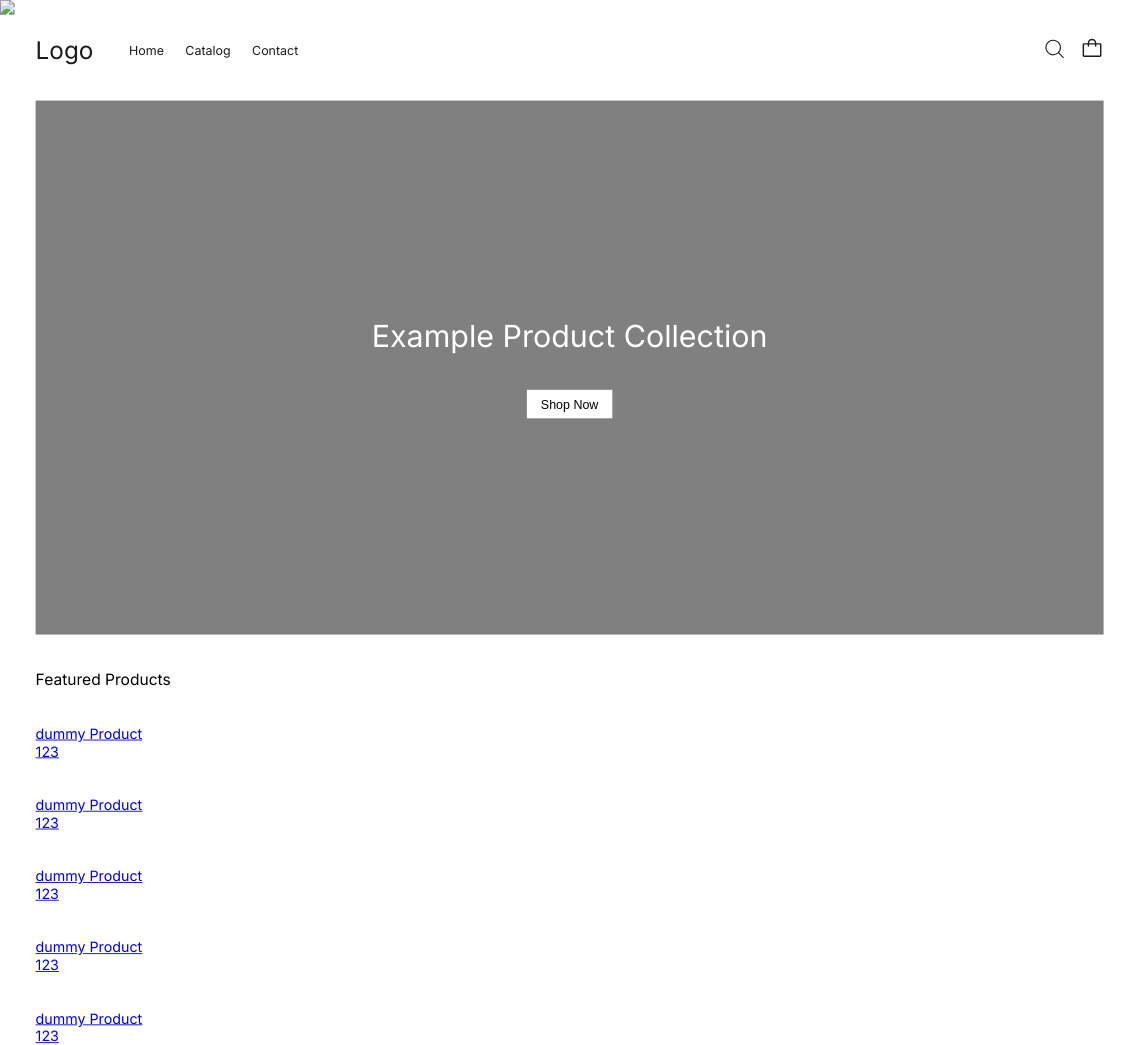
Repository: David-Waite/ecommercefrontendTemplate
Page: /
The author's editor kept a copy of each file at every save. The page is drawn from the files as they stood at one save, then again after a run of saves.
The browser window is 1280 px wide. The pictures show the whole page, at 89% of full size.
The project was rebuilt for these pictures with package versions that can differ from the ones it lists, and the page was loaded fresh each time. The framework's server and built-in components were replaced by stand-ins that run in the browser. Also part of the build but not shown: next.config.js.

Above is the page before, as saved 2023-08-24 19:46:45.

After the next 3 saves:
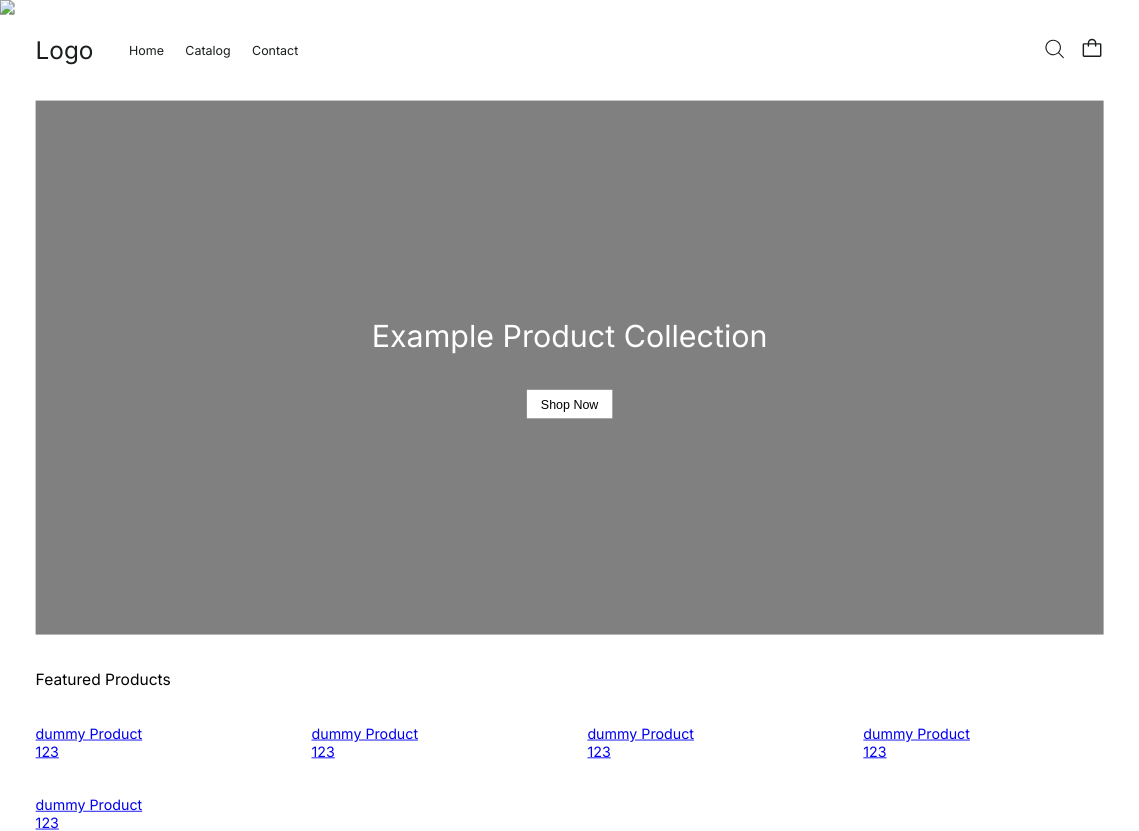
The 3 saves are shown as one change because they came seconds apart.
The last was saved 35 s later.
--- a/app/Components/UI/ProductsGrid/ProductGrid.module.css
+++ b/app/Components/UI/ProductsGrid/ProductGrid.module.css
@@ -1,5 +1,5 @@
 .main {
   display: grid;
-  grid-template-rows: 1fr 1fr 1fr 1fr;
+  grid-template-columns: 1fr 1fr 1fr 1fr;
   gap: 40px;
 }
